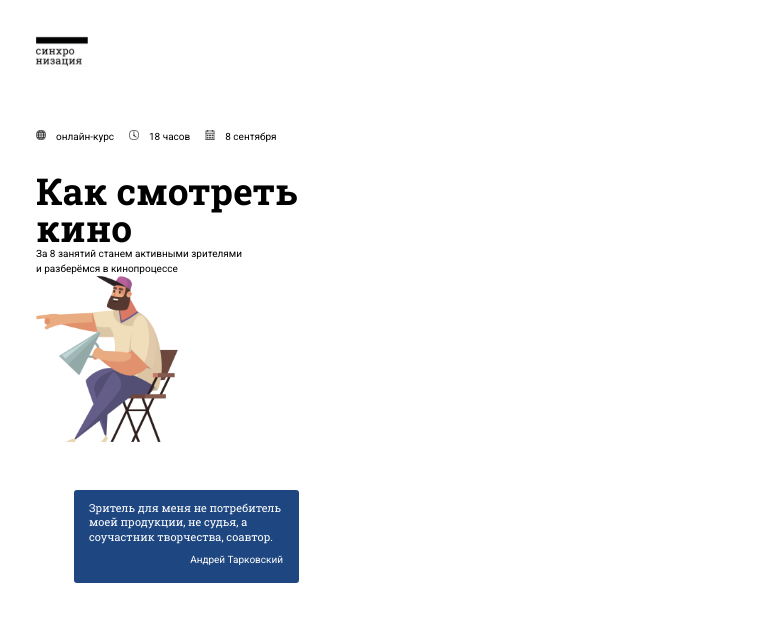
Repository: HeybetzadeQedim/task-2
Page: index.html
These files come from the project's save history. The page is drawn as it stood at one moment and after a run of saves; the edit follows.
The browser window is 768 px wide. The pictures show the whole page.

Above is the page before, as saved 2023-10-04 16:13:53.

After the next 3 saves:
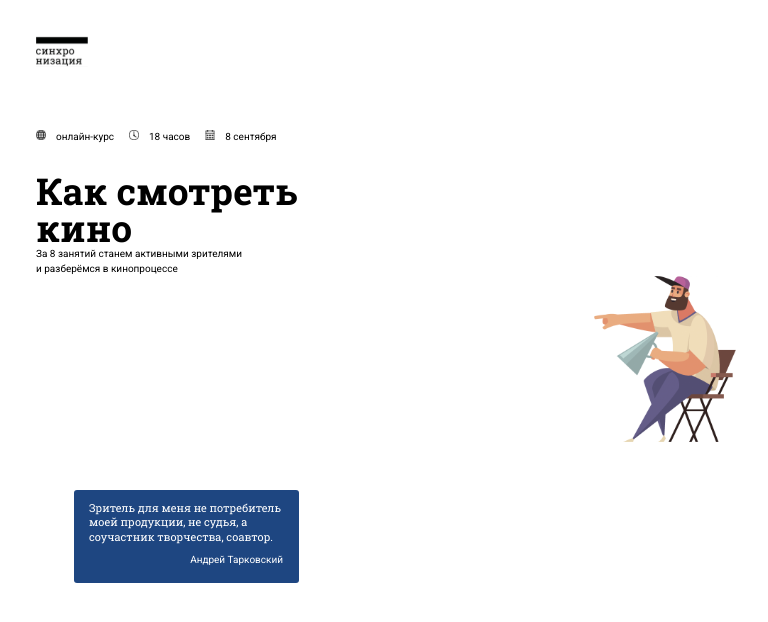
The 3 saves are shown as one change because they came seconds apart.
The last was saved 53 s later.
--- a/index.css
+++ b/index.css
@@ -218,5 +218,7 @@ height: 206.183px;
   .flex-container img{
     width: 141.656px;
 height: 165.886px;
-  }
-}
+margin-left: auto;
+
+  }
+}
